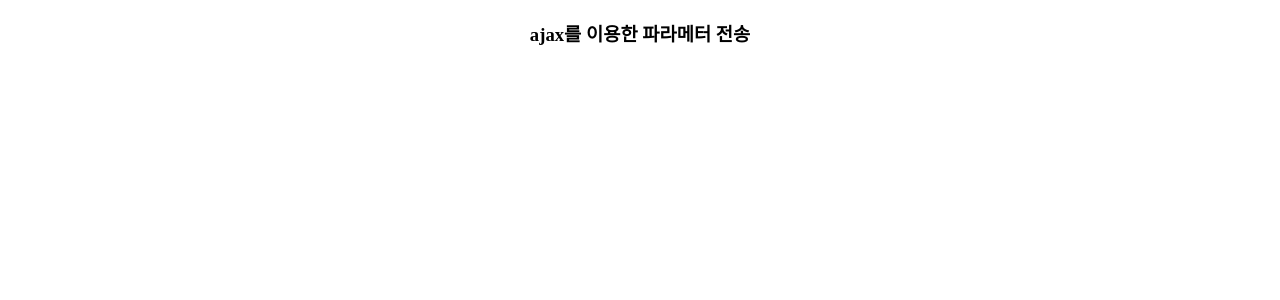
Repository: kimsunoh/springFrameworkStudy
Page: ajaxtest/WebContent/newparam.html
These files come from the project's save history. The page is drawn as it stood at one moment and after the next save; the edit follows.
The browser window is 1280 px wide. The pictures show the whole page.

Above is the page before, as saved 2016-05-20 05:44:22.

After the next save:
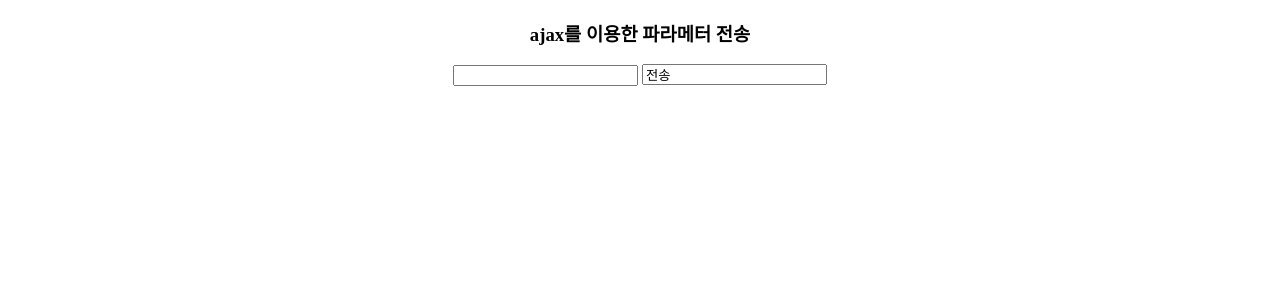
Saved 50 s later.
--- a/ajaxtest/WebContent/newparam.html
+++ b/ajaxtest/WebContent/newparam.html
@@ -8,7 +8,8 @@
 	<center>
 	<h3>ajax를 이용한 파라메터 전송</h3>
 		<form name="param" action="">
-
+			<input type="text" name="name" id="name">
+			<input type="text" value="전송" >
 		</form>
 	</center>
 </body>
